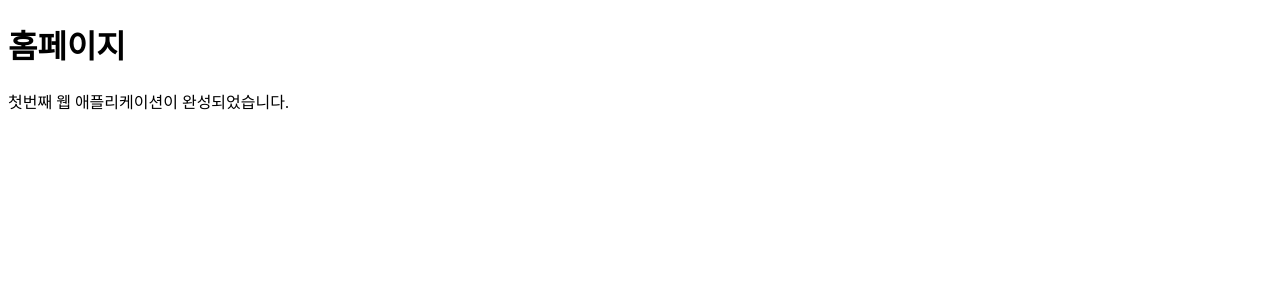
Repository: benpark0613/basic
Page: http://localhost/sample/home.jsp
An editor plug-in stored every save of this project. The page is shown before and after the next save, followed by the edit.
The browser window is 1280 px wide. The pictures show the whole page.
The page is served by Tomcat 9. Other server files are loaded and not shown.

Above is the page before, as saved 2021-11-09 02:19:58.

### HR_app/sample/src/main/webapp/home.jsp
<%@ page language="java" contentType="text/html; charset=UTF-8"
    pageEncoding="UTF-8"%>
<!DOCTYPE html>
<html>
<head>
<meta charset="UTF-8">
<title>홈</title>
</head>
<body>
	<h1>홈페이지</h1>
	<p>첫번째 웹 애플리케이션이 완성되었습니다.</p>
	<%
		String name = "홍길동";
	%>
</body>
</html>

After the next save:
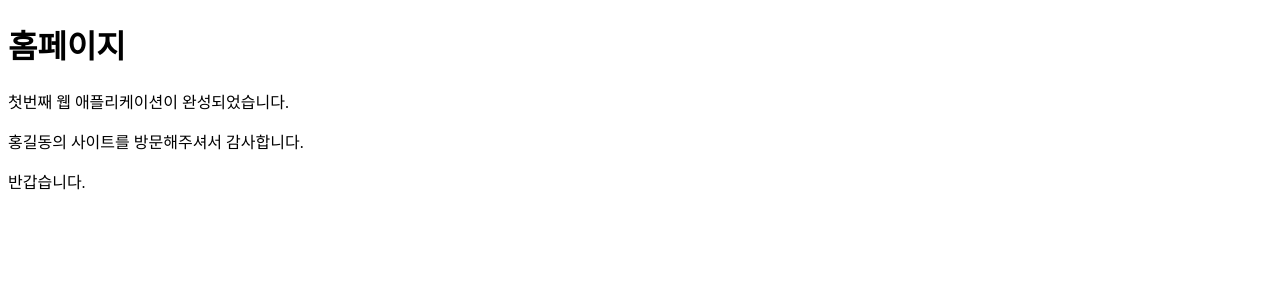
Saved 101 s later.
--- a/HR_app/sample/src/main/webapp/home.jsp
+++ b/HR_app/sample/src/main/webapp/home.jsp
@@ -11,6 +11,9 @@
 	<p>첫번째 웹 애플리케이션이 완성되었습니다.</p>
 	<%
 		String name = "홍길동";
+		String message = "반갑습니다.";
 	%>
+	<p><%=name %>의 사이트를 방문해주셔서 감사합니다.</p>
+	<p><%=message %></p>
 </body>
 </html>
